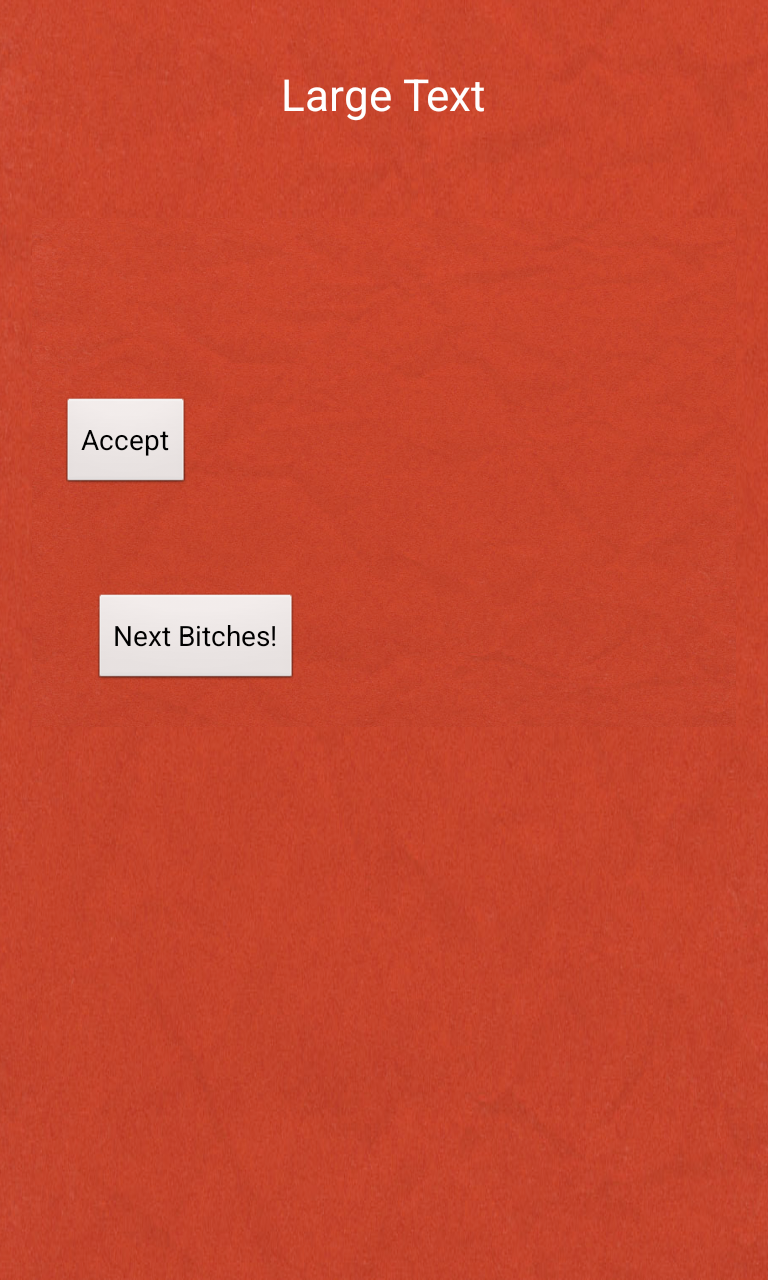
Repository: imhossu/FeedJulia
Layout: FeedJulia/res/layout/activity_place.xml
An editor plug-in stored every save of this project. The layout is shown before and after the next save, followed by the edit.
It is drawn on a 768 x 1280 px phone screen (xhdpi) without system bars, with theme android:Theme.NoTitleBar; the app's code is not run.

Above is the layout before, as saved 2014-01-26 05:17:43.

After the next save:
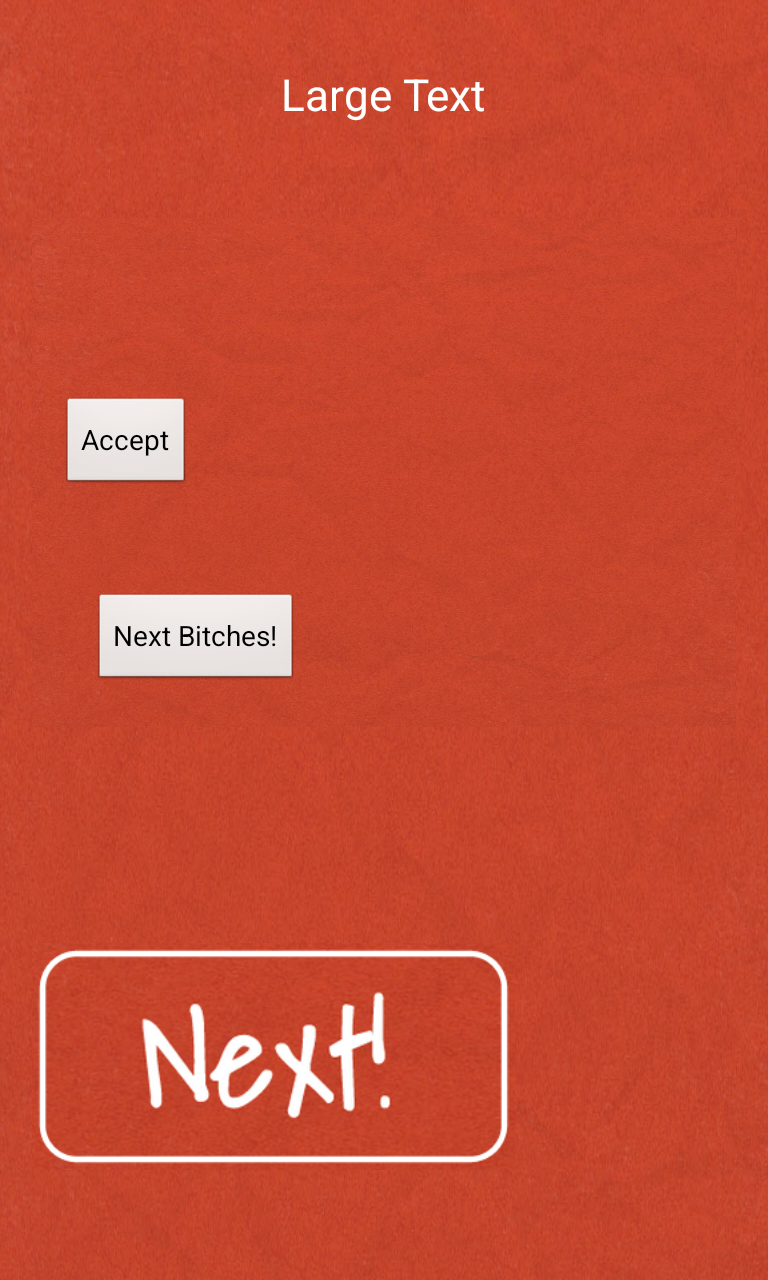
Saved 4 min 46 s later.
--- a/FeedJulia/res/layout/activity_place.xml
+++ b/FeedJulia/res/layout/activity_place.xml
@@ -1,12 +1,14 @@
 <RelativeLayout xmlns:android="http://schemas.android.com/apk/res/android"
     xmlns:tools="http://schemas.android.com/tools"
     android:layout_width="match_parent"
-    android:layout_height="match_parent"
+    android:layout_height="fill_parent"
+    android:background="@drawable/red"
     android:paddingBottom="@dimen/activity_vertical_margin"
     android:paddingLeft="@dimen/activity_horizontal_margin"
     android:paddingRight="@dimen/activity_horizontal_margin"
     android:paddingTop="@dimen/activity_vertical_margin"
-    android:background="@drawable/red">
+    android:weightSum="100">
+
     tools:context=".Place" >
 
     <TextView
@@ -54,6 +56,17 @@
         android:layout_alignParentLeft="true"
         android:layout_below="@+id/image"
         android:layout_marginTop="15dp" >
+
+        <ImageView
+            android:id="@+id/acceptResult"
+            android:src="@drawable/accept" />
+
+        <ImageView
+            android:id="@+id/nextResult"
+            android:layout_width="fill_parent"
+            android:layout_height="wrap_content"
+            android:src="@drawable/next" />
+
     </LinearLayout>
 
 </RelativeLayout>
